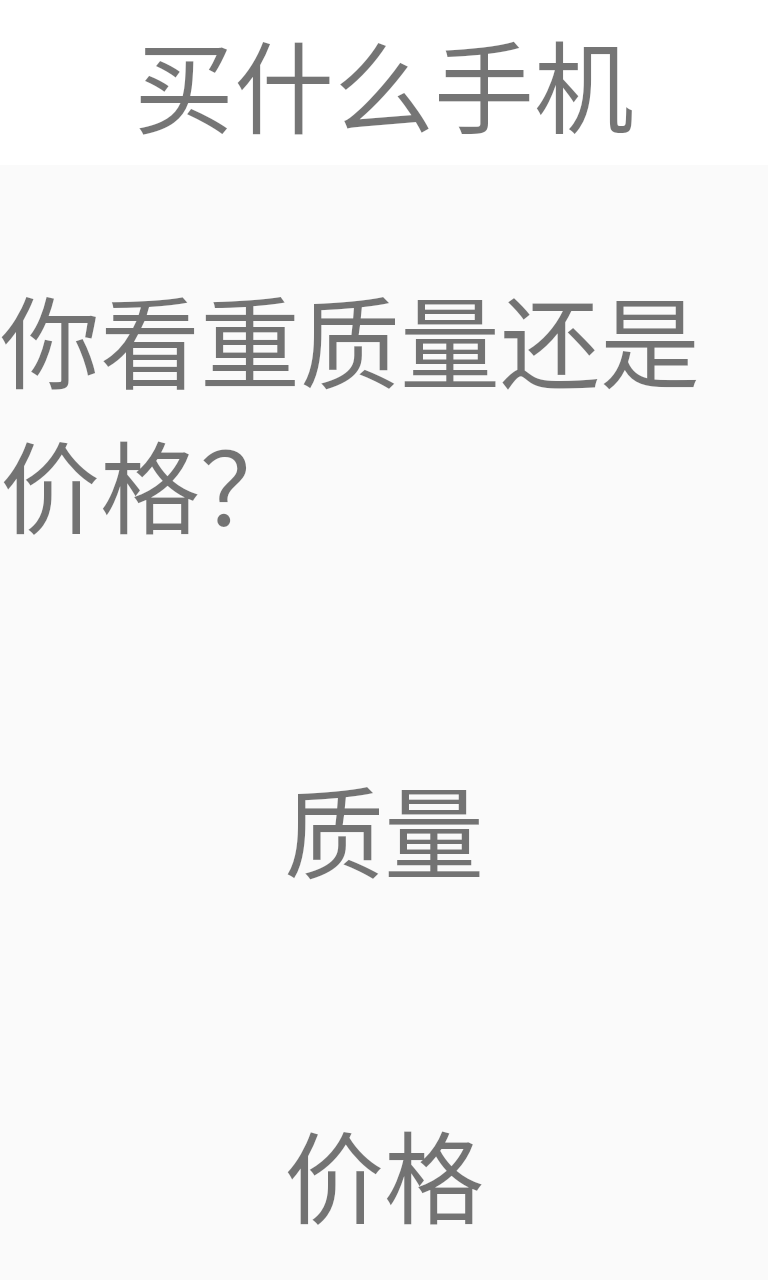
Repository: lxis/Sale
Layout: Sale/Sale/res/layout/fragment_main.xml
The author's editor kept a copy of each file at every save. The layout is drawn from the files as they stood at one save, then again after the next save.
It is drawn on a 768 x 1280 px phone screen (xhdpi) without system bars, with theme AppTheme; the app's code is not run.

Above is the layout before, as saved 2014-12-05 15:01:00.

### Sale/Sale/res/layout/fragment_main.xml
<LinearLayout xmlns:android="http://schemas.android.com/apk/res/android"
    xmlns:tools="http://schemas.android.com/tools"
    android:layout_width="match_parent"
    android:layout_height="match_parent"
    tools:context="com.sage.sale.MainActivity$PlaceholderFragment"
    android:orientation="vertical"
    >
    	<LinearLayout
	    android:layout_width="match_parent"
	    android:layout_height="wrap_content"
	    android:background="#ffffff"
	    android:orientation="vertical"
	    >
	     <TextView
	        android:text="买什么手机"
	        android:layout_width="wrap_content"
	        android:layout_height="match_parent"
	        android:layout_gravity="center"
	        android:layout_margin="10px"
	        android:textSize="100px"
	        >
	    </TextView>

	</LinearLayout>

	<LinearLayout
	    android:layout_width="match_parent"
	    android:layout_height="0px"
	    android:layout_weight="1"
	    >
	</LinearLayout>
	<LinearLayout
	    android:layout_width="match_parent"
	    android:layout_height="wrap_content"
	    android:orientation="vertical"
	    >
	     <LinearLayout
	         android:layout_gravity="center"
	         android:layout_width="wrap_content"
	         android:layout_height="wrap_content"
	         android:orientation="vertical"
	         >

	    <TextView
        android:layout_width="wrap_content"
        android:layout_height="wrap_content"
	        android:textSize="100px"
	        android:layout_marginTop="100px"
	        android:layout_marginBottom="100px"
	        android:layout_gravity="center"
        android:text="你看重质量还是价格？" />
    <TextView
        android:layout_width="wrap_content"
        android:layout_height="wrap_content"
	        android:textSize="100px"
	        android:layout_gravity="center"
	        android:layout_marginTop="100px"
	        android:layout_marginBottom="100px"
        android:text="质量" />
        <TextView
        android:layout_width="wrap_content"
        android:layout_height="wrap_content"
	        android:textSize="100px"
	        android:layout_marginTop="100px"
	        android:layout_marginBottom="100px"
	        android:layout_gravity="center"
        android:text="价格" />
	     </LinearLayout>
	</LinearLayout>
	<LinearLayout
	    android:layout_width="match_parent"
	    android:layout_height="0px"
	    android:layout_weight="5"
	    >
	</LinearLayout>





</LinearLayout>

Loaded but not shown: Sale/Sale/res/values/styles.xml (common file); Sale/Sale/res/values-v11/styles.xml (common file); Sale/Sale/res/values-v14/styles.xml (common file)

After the next save:
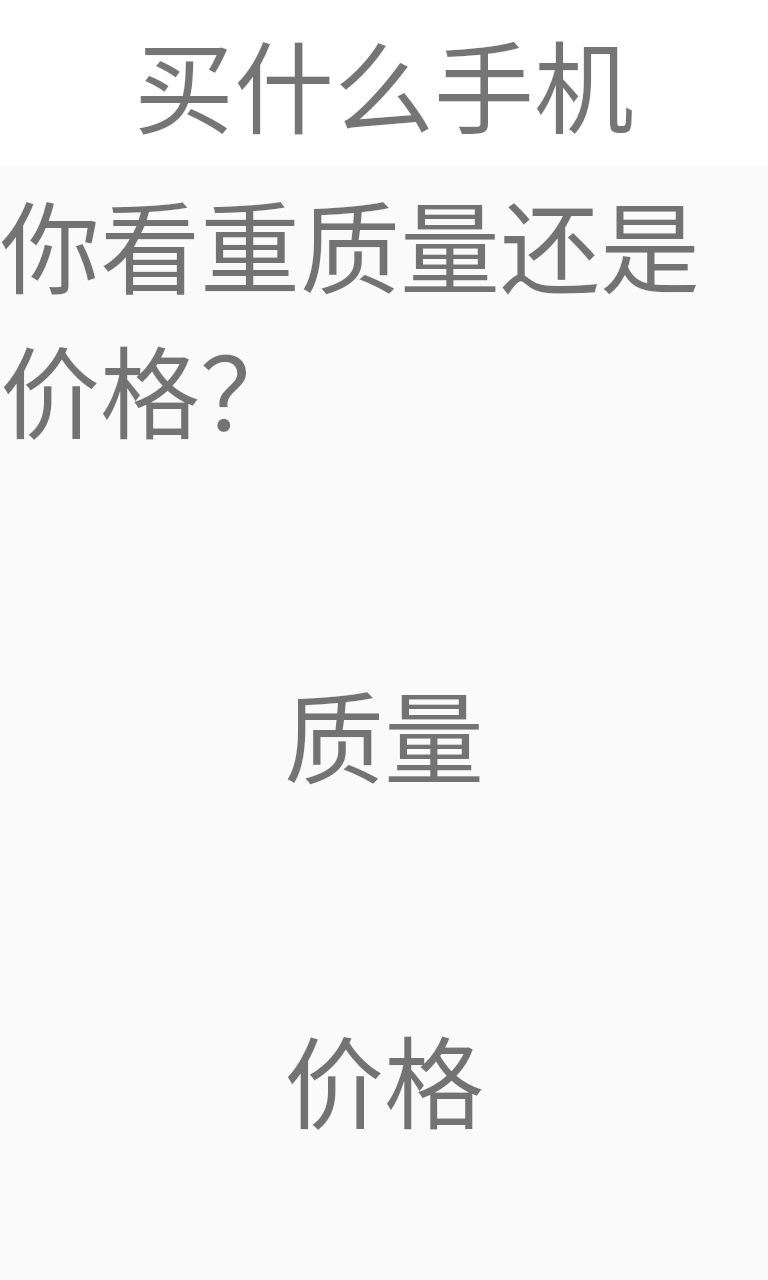
Saved 11 s later.
--- a/Sale/Sale/res/layout/fragment_main.xml
+++ b/Sale/Sale/res/layout/fragment_main.xml
@@ -45,7 +45,6 @@
         android:layout_width="wrap_content"
         android:layout_height="wrap_content"
 	        android:textSize="100px"
-	        android:layout_marginTop="100px"
 	        android:layout_marginBottom="100px"
 	        android:layout_gravity="center"
         android:text="你看重质量还是价格？" />
